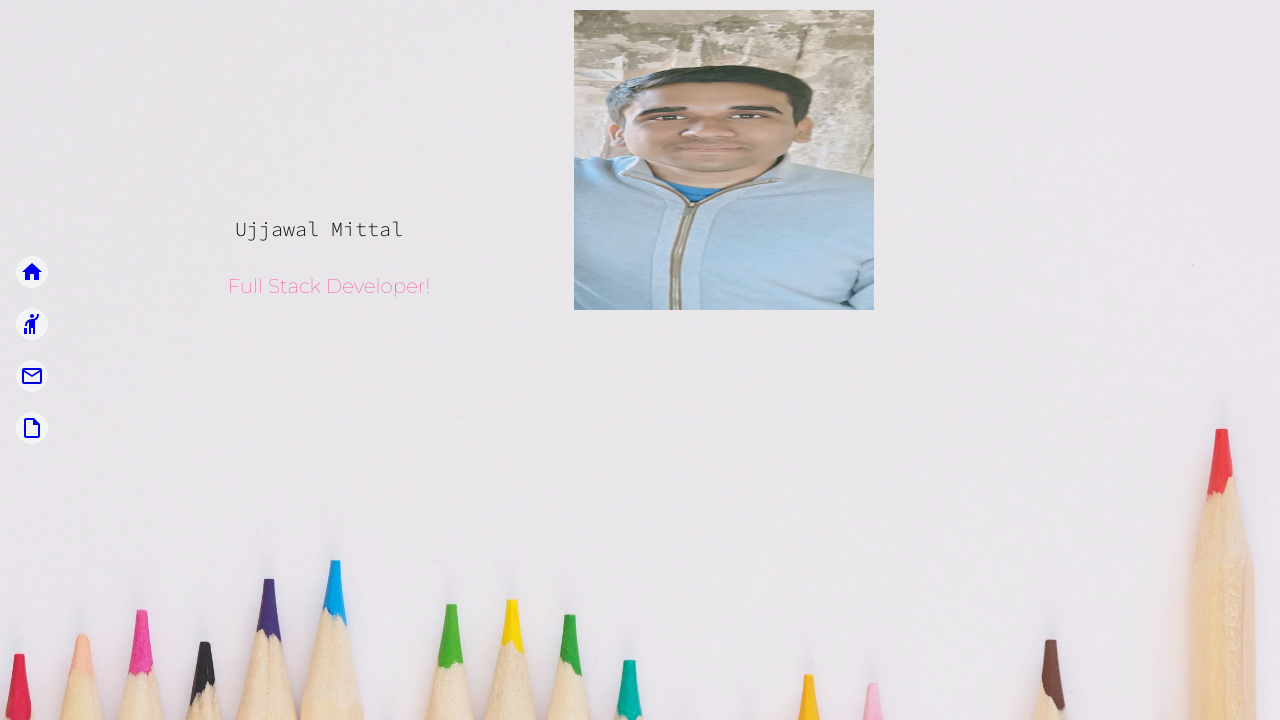
Repository: ujjawalmittal55/portfolio1
Page: /
The author's editor kept a copy of each file at every save. The page is drawn from the files as they stood at one save, then again after the next save.
The browser window is 1280 px wide. The pictures show the whole page.
The project was rebuilt for these pictures with package versions that can differ from the ones it lists, and the page was loaded fresh each time. Also part of the build but not shown: src/about.css, src/About.jsx, src/document.css, src/Document.jsx, src/contact.css, src/Contact.jsx.

Above is the page before, as saved 2022-05-09 13:48:13.

After the next save:
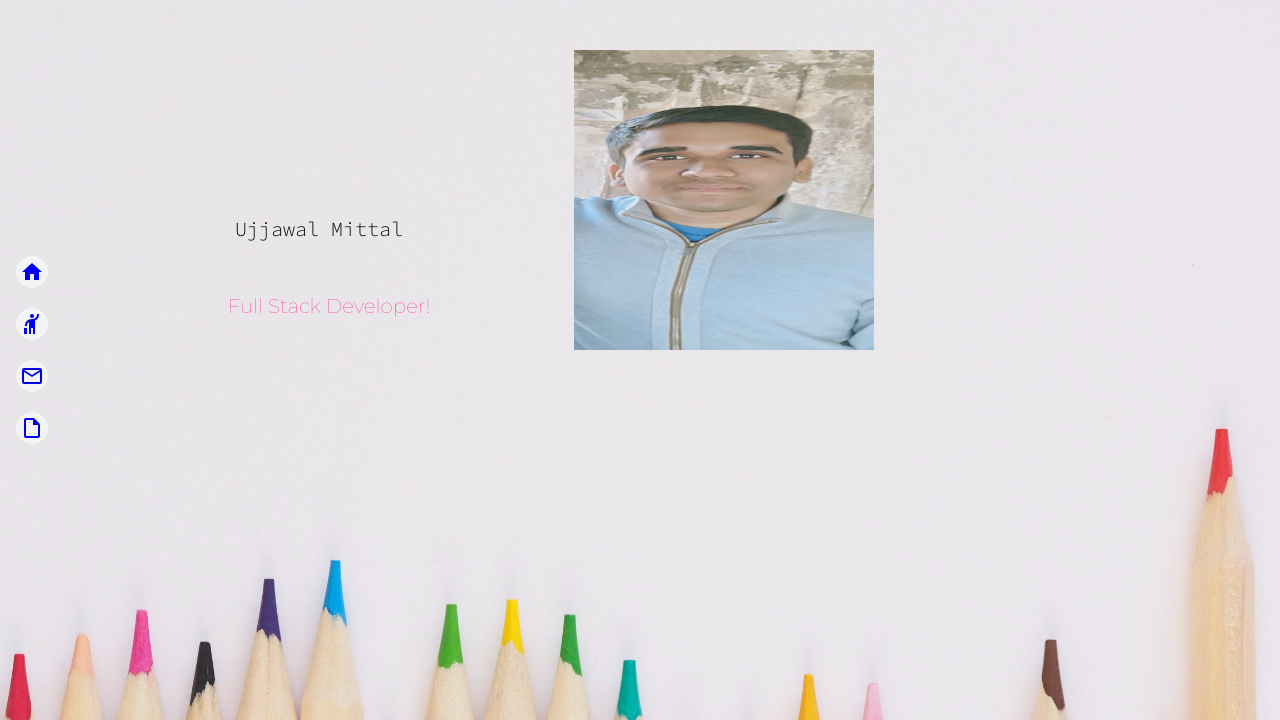
Saved 18 s later.
--- a/src/display.css
+++ b/src/display.css
@@ -17,6 +17,6 @@
   font-family: "Montserrat", monospace;
 }
 .projects {
-  margin-top: 10px;
+  margin-top: 50px;
   display: grid;
 }
